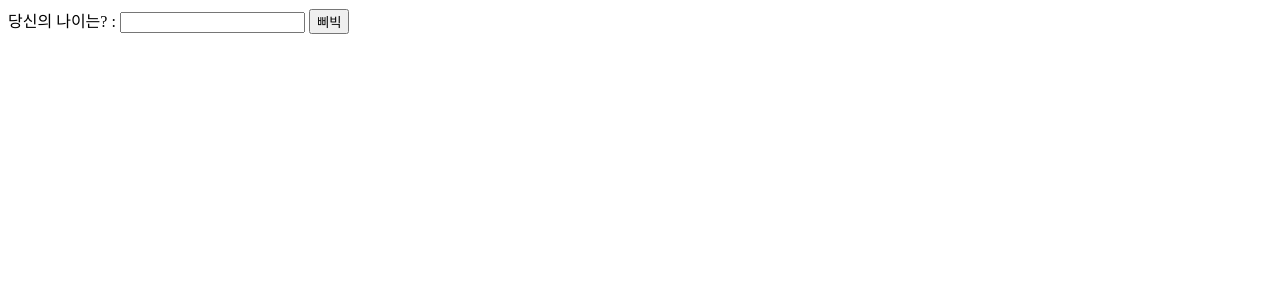
Repository: lee-ruru/jsp_practice
Page: http://localhost/JSPBasic/JspObject/4.objecttest/bus_form.jsp
The author's editor kept a copy of each file at every save. The page is drawn from the files as they stood at one save, then again after the next save.
The browser window is 1280 px wide. The pictures show the whole page.
The page is served by Tomcat 9.

Above is the page before, as saved 2022-02-07 05:11:43.

### JSPBasic/src/main/webapp/JspObject/4.objecttest/bus_form.jsp
<%@ page language="java" contentType="text/html; charset=UTF-8"
    pageEncoding="UTF-8"%>
<!DOCTYPE html>
<html>
<head>
<meta charset="UTF-8">
<title>Insert title here</title>
</head>
<body>
	<form action = "bus_check.jsp">
	당신의 나이는? : <input type="text" name="age"/>
	<input type = "submit" value="삐빅"/>
	</form>
</body>
</html>

After the next save:
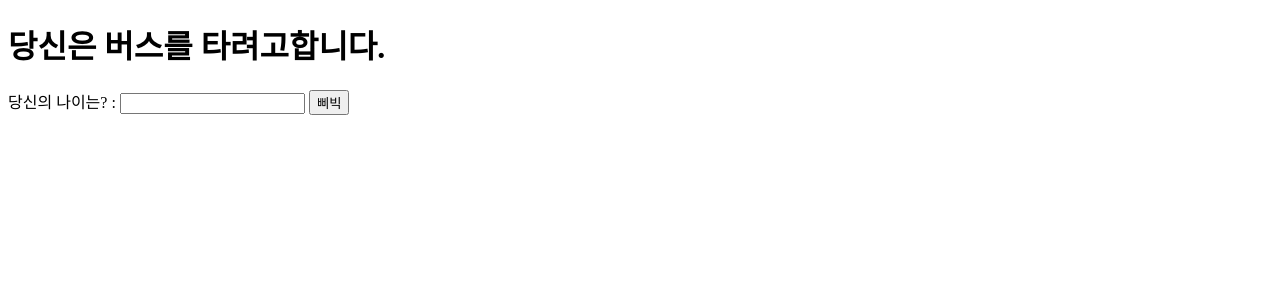
Saved 31 s later.
--- a/JSPBasic/src/main/webapp/JspObject/4.objecttest/bus_form.jsp
+++ b/JSPBasic/src/main/webapp/JspObject/4.objecttest/bus_form.jsp
@@ -7,6 +7,7 @@
 <title>Insert title here</title>
 </head>
 <body>
+	<h1>당신은 버스를 타려고합니다.</h1>
 	<form action = "bus_check.jsp">
 	당신의 나이는? : <input type="text" name="age"/>
 	<input type = "submit" value="삐빅"/>
